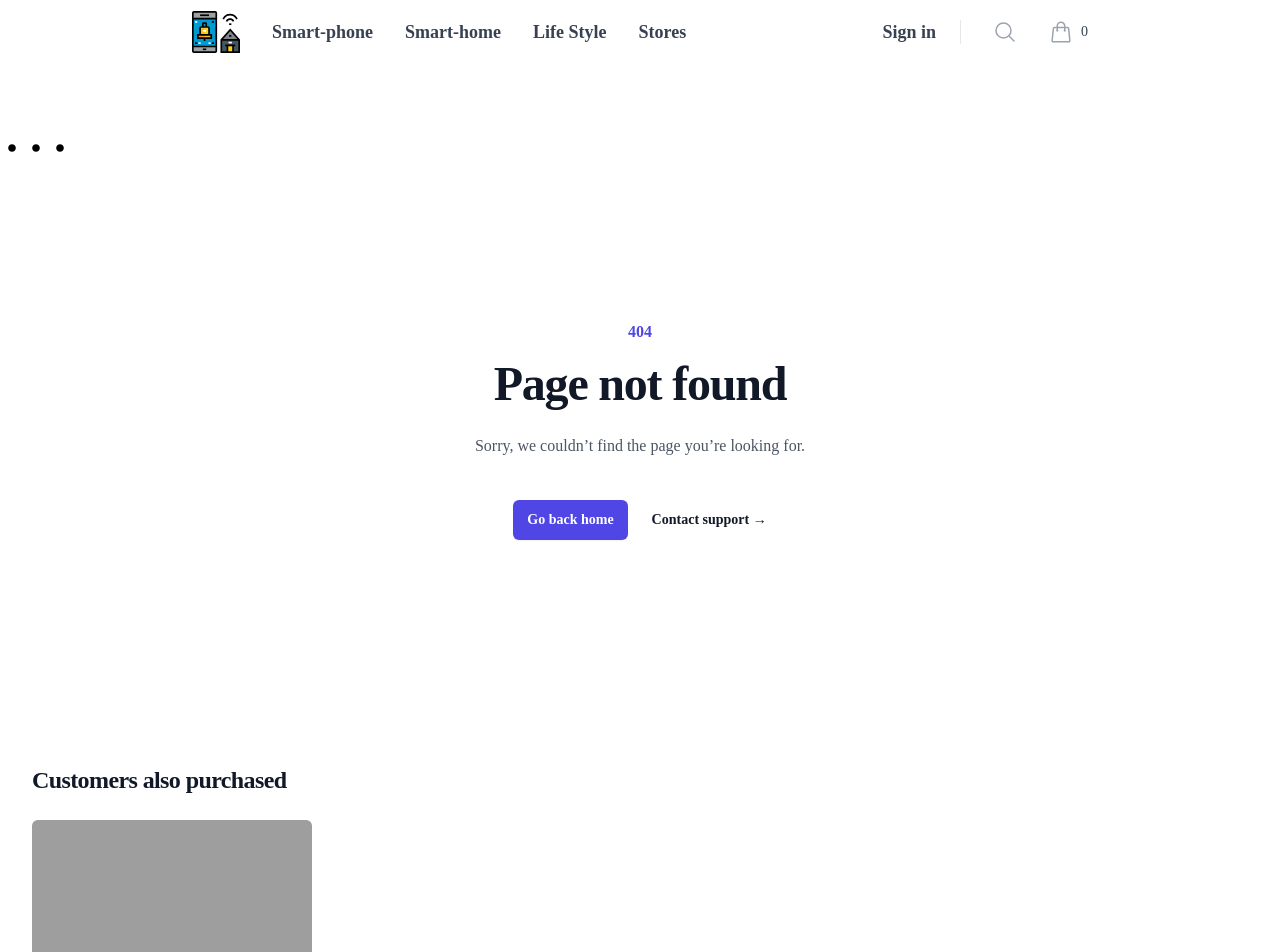
Repository: Gunplay/Smart-Home
Page: /
These files come from the project's save history. The page is drawn as it stood at one moment and after a run of saves; the edit follows.
The browser window is 1280 px wide. The pictures show the part of the page from y = 0 to 952 px (the page is 1912 px tall before and 1784 px after).
Pictures or frames that could not be fetched are drawn as grey boxes. The project was rebuilt for these pictures with package versions that can differ from the ones it lists, and the page was loaded fresh each time. Also part of the build but not shown: vite.config.js, vite.config.ts.

Above is the page before, as saved 2024-06-25 12:50:48.

### index.html
<!doctype html>
<html lang="en">

<head>
  <meta charset="UTF-8" />
  <link rel="icon" type="image/svg+xml" href="./src/assets/smart-home-svgrepo-com.svg" />
  <meta name="viewport" content="width=device-width, initial-scale=1.0" />
  <title>Smart-Home</title>
  <link real='stylesheet' href='src/style.css'>
</head>

<body>
  <div id="root"></div>

  <script type="module" src="/src/main.tsx"></script>
</body>

</html>

### src/main.tsx
import React from 'react';
import ReactDOM from 'react-dom/client';
import { BrowserRouter as Router } from 'react-router-dom';
import App from './App.tsx';
import './css/style.css';

ReactDOM.createRoot(document.getElementById('root')!).render(
	<React.StrictMode>
		<Router>
			<App />
		</Router>
	</React.StrictMode>
);

### src/App.tsx
// import { useState } from 'react';

// import reactLogo from './assets/react.svg';
// import viteLogo from '/vite.svg';
import AboutUs from './components/AboutUs';
import Carousel from './components/Carousel';
import Header from './components/Header';
import PageNotFound from './components/Page404';
import ProductsList from './components/ProductsList';

function App() {
	return (
		<>
			<div className='mr-[3.75rem] pt-[4.75rem] lg:pt-[5.25rem] overflow-hidden'>
				<Header />
				<Carousel />
			</div>
			<PageNotFound />

			<ProductsList />
			<AboutUs />
		</>
	);
}

export default App;

### src/components/AboutUs/index.tsx
const links = [
	{ name: 'Open roles', href: '#' },
	{ name: 'Internship program', href: '#' },
	{ name: 'Our values', href: '#' },
	{ name: 'Meet our leadership', href: '#' },
];
const stats = [
	{ name: 'Offices worldwide', value: '12' },
	{ name: 'Full-time colleagues', value: '300+' },
	{ name: 'Hours per week', value: '40' },
	{ name: 'Paid time off', value: 'Unlimited' },
];

export default function AboutUs() {
	return (
		<div className='relative isolate overflow-hidden bg-gray-900 py-24 sm:py-32'>
			<img
				src='https://images.unsplash.com/photo-1521737604893-d14cc237f11d?ixlib=rb-4.0.3&ixid=MnwxMjA3fDB8MHxwaG90by1wYWdlfHx8fGVufDB8fHx8&auto=format&fit=crop&crop=focalpoint&fp-y=.8&w=2830&h=1500&q=80&blend=111827&sat=-100&exp=15&blend-mode=multiply'
				alt=''
				className='absolute inset-0 -z-10 h-full w-full object-cover object-right md:object-center'
			/>
			<div
				className='hidden sm:absolute sm:-top-10 sm:right-1/2 sm:-z-10 sm:mr-10 sm:block sm:transform-gpu sm:blur-3xl'
				aria-hidden='true'
			>
				<div
					className='aspect-[1097/845] w-[68.5625rem] bg-gradient-to-tr from-[#ff4694] to-[#776fff] opacity-20'
					style={{
						clipPath:
							'polygon(74.1% 44.1%, 100% 61.6%, 97.5% 26.9%, 85.5% 0.1%, 80.7% 2%, 72.5% 32.5%, 60.2% 62.4%, 52.4% 68.1%, 47.5% 58.3%, 45.2% 34.5%, 27.5% 76.7%, 0.1% 64.9%, 17.9% 100%, 27.6% 76.8%, 76.1% 97.7%, 74.1% 44.1%)',
					}}
				/>
			</div>
			<div
				className='absolute -top-52 left-1/2 -z-10 -translate-x-1/2 transform-gpu blur-3xl sm:top-[-28rem] sm:ml-16 sm:translate-x-0 sm:transform-gpu'
				aria-hidden='true'
			>
				<div
					className='aspect-[1097/845] w-[68.5625rem] bg-gradient-to-tr from-[#ff4694] to-[#776fff] opacity-20'
					style={{
						clipPath:
							'polygon(74.1% 44.1%, 100% 61.6%, 97.5% 26.9%, 85.5% 0.1%, 80.7% 2%, 72.5% 32.5%, 60.2% 62.4%, 52.4% 68.1%, 47.5% 58.3%, 45.2% 34.5%, 27.5% 76.7%, 0.1% 64.9%, 17.9% 100%, 27.6% 76.8%, 76.1% 97.7%, 74.1% 44.1%)',
					}}
				/>
			</div>
			<div className='mx-auto max-w-7xl px-6 lg:px-8'>
				<div className='mx-auto max-w-2xl lg:mx-0'>
					<h2 className='text-4xl font-bold tracking-tight text-white sm:text-6xl'>
						Work with us
					</h2>
					<p className='mt-6 text-lg leading-8 text-gray-300'>
						Anim aute id magna aliqua ad ad non deserunt sunt. Qui irure qui
						lorem cupidatat commodo. Elit sunt amet fugiat veniam occaecat
						fugiat aliqua.
					</p>
				</div>
				<div className='mx-auto mt-10 max-w-2xl lg:mx-0 lg:max-w-none'>
					<div className='grid grid-cols-1 gap-x-8 gap-y-6 text-base font-semibold leading-7 text-white sm:grid-cols-2 md:flex lg:gap-x-10'>
						{links.map(link => (
							<a key={link.name} href={link.href}>
								{link.name} <span aria-hidden='true'>&rarr;</span>
							</a>
						))}
					</div>
					<dl className='mt-16 grid grid-cols-1 gap-8 sm:mt-20 sm:grid-cols-2 lg:grid-cols-4'>
						{stats.map(stat => (
							<div key={stat.name} className='flex flex-col-reverse'>
								<dt className='text-base leading-7 text-gray-300'>
									{stat.name}
								</dt>
								<dd className='text-2xl font-bold leading-9 tracking-tight text-white'>
									{stat.value}
								</dd>
							</div>
						))}
					</dl>
				</div>
			</div>
		</div>
	);
}

### src/components/Carousel/index.tsx
import { SetStateAction, useState } from 'react';
import { BsChevronCompactLeft, BsChevronCompactRight } from 'react-icons/bs';
import { RxDotFilled } from 'react-icons/rx';
import slideOne from '/src/assets/slider-1.jpg';
import slideTwo from '/src/assets/slider-2.jpg';
import slideThree from '/src/assets/slider-3.jpg';
const slides = [
	{
		url: slideOne,
		id: 0,
	},
	{
		url: slideTwo,
		id: 1,
	},
	{
		url: slideThree,
		id: 2,
	},
];
const Carousel = () => {
	const [currentIndex, setCurrentIndex] = useState(0);

	const prevSlide = () => {
		const isFirstSlide = currentIndex === 0;
		const newIndex = isFirstSlide ? slides.length - 1 : currentIndex - 1;
		setCurrentIndex(newIndex);
	};

	const nextSlide = () => {
		const isLastSlide = currentIndex === slides.length - 1;
		const newIndex = isLastSlide ? 0 : currentIndex + 1;
		setCurrentIndex(newIndex);
	};

	const goToSlide = (slideIndex: SetStateAction<number>) => {
		console.log(slideIndex);
		setCurrentIndex(slideIndex);
	};
	return (
		<div className='h-[780px] w-full m-auto py-16 relative group'>
			<div
				style={{ backgroundImage: `url(${slides[currentIndex].url})` }}
				className='w-full h-full bg-center bg-cover duration-500'
			></div>
			<div className='hidden group-hover:block absolute top-[50%] -translate-x-0 translate-y-[-50%] left-5 text-2xl rounded-full p-2 bg-black/20 text-white cursor-pointer'>
				<BsChevronCompactLeft size={30} onClick={prevSlide} />
			</div>
			<div className='hidden group-hover:block absolute top-[50%] translate-y-[-50%] right-5 text-2xl rounded-full p-2 bg-black/20 text-white cursor-pointer'>
				<BsChevronCompactRight size={30} onClick={nextSlide} />
			</div>
			<div className='flex top-4 justify-center py-2 absolute'>
				{slides.map((slide, slideIndex) => (
					<div
						key={slideIndex}
						className='text-2xl cursor-pointer'
						onClick={() => goToSlide(slideIndex)}
					>
						<RxDotFilled />
					</div>
				))}
			</div>
		</div>
	);
};

export default Carousel;

### src/components/Page404/index.tsx
export default function PageNotFound() {
	return (
		<>
			{/*
        This example requires updating your template:

        ```
        <html class="h-full">
        <body class="h-full">
        ```
      */}
			<main className='grid min-h-full place-items-center bg-white px-6 py-24 sm:py-32 lg:px-8'>
				<div className='text-center'>
					<p className='text-base font-semibold text-indigo-600'>404</p>
					<h1 className='mt-4 text-3xl font-bold tracking-tight text-gray-900 sm:text-5xl'>
						Page not found
					</h1>
					<p className='mt-6 text-base leading-7 text-gray-600'>
						Sorry, we couldn’t find the page you’re looking for.
					</p>
					<div className='mt-10 flex items-center justify-center gap-x-6'>
						<a
							href='#'
							className='rounded-md bg-indigo-600 px-3.5 py-2.5 text-sm font-semibold text-white shadow-sm hover:bg-indigo-500 focus-visible:outline focus-visible:outline-2 focus-visible:outline-offset-2 focus-visible:outline-indigo-600'
						>
							Go back home
						</a>
						<a href='#' className='text-sm font-semibold text-gray-900'>
							Contact support <span aria-hidden='true'>&rarr;</span>
						</a>
					</div>
				</div>
			</main>
		</>
	);
}

### src/components/ProductsList/index.tsx
/*
  This example requires some changes to your config:

  ```
  // tailwind.config.js
  module.exports = {
    // ...
    plugins: [
      // ...
      require('@tailwindcss/aspect-ratio'),
    ],
  }
  ```
*/
const products = [
	{
		id: 1,
		name: 'Basic Tee',
		href: '#',
		imageSrc:
			'https://tailwindui.com/img/ecommerce-images/product-page-01-related-product-01.jpg',
		imageAlt: "Front of men's Basic Tee in black.",
		price: '$35',
		color: 'Black',
	},
	// More products...
];

export default function ProductsList() {
	return (
		<div className='bg-white'>
			<div className='mx-auto max-w-2xl px-4 py-16 sm:px-6 sm:py-24 lg:max-w-7xl lg:px-8'>
				<h2 className='text-2xl font-bold tracking-tight text-gray-900'>
					Customers also purchased
				</h2>

				<div className='mt-6 grid grid-cols-1 gap-x-6 gap-y-10 sm:grid-cols-2 lg:grid-cols-4 xl:gap-x-8'>
					{products.map(product => (
						<div key={product.id} className='group relative'>
							<div className='aspect-h-1 aspect-w-1 w-full overflow-hidden rounded-md bg-gray-200 lg:aspect-none group-hover:opacity-75 lg:h-80'>
								<img
									src={product.imageSrc}
									alt={product.imageAlt}
									className='h-full w-full object-cover object-center lg:h-full lg:w-full'
								/>
							</div>
							<div className='mt-4 flex justify-between'>
								<div>
									<h3 className='text-sm text-gray-700'>
										<a href={product.href}>
											<span aria-hidden='true' className='absolute inset-0' />
											{product.name}
										</a>
									</h3>
									<p className='mt-1 text-sm text-gray-500'>{product.color}</p>
								</div>
								<p className='text-sm font-medium text-gray-900'>
									{product.price}
								</p>
							</div>
						</div>
					))}
				</div>
			</div>
		</div>
	);
}

Loaded but not shown: src/css/style.css (1876 lines, source omitted); src/components/Header/index.tsx (539 lines, source omitted)

After the next 2 saves:
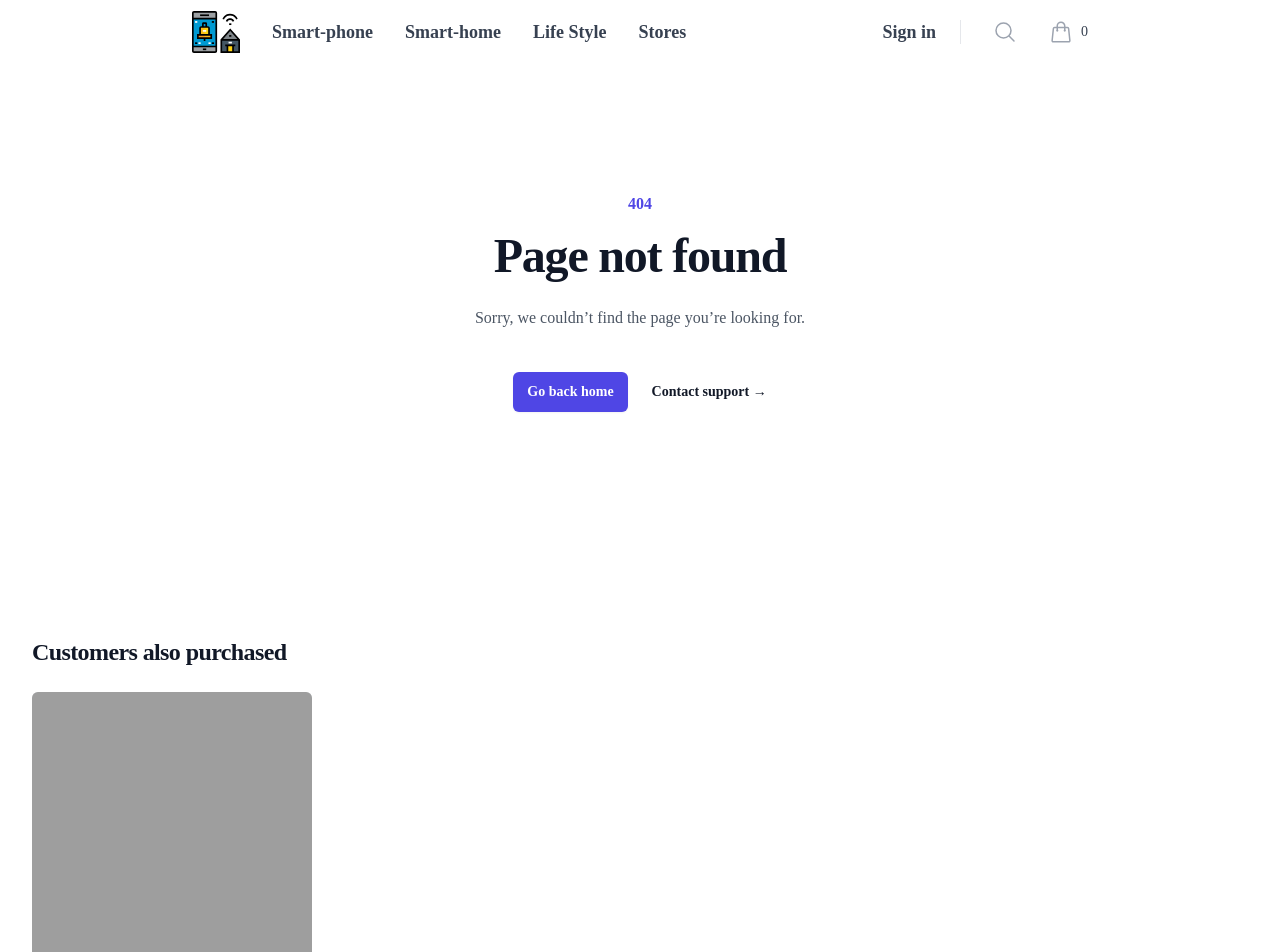
The 2 saves are shown as one change because they came seconds apart.
The last was saved 16 s later.
--- a/src/components/Carousel/index.tsx
+++ b/src/components/Carousel/index.tsx
@@ -38,7 +38,7 @@ const Carousel = () => {
 		setCurrentIndex(slideIndex);
 	};
 	return (
-		<div className='h-[780px] w-full m-auto py-16 relative group'>
+		<div className='h-[780px] w-full m-auto relative group'>
 			<div
 				style={{ backgroundImage: `url(${slides[currentIndex].url})` }}
 				className='w-full h-full bg-center bg-cover duration-500'
